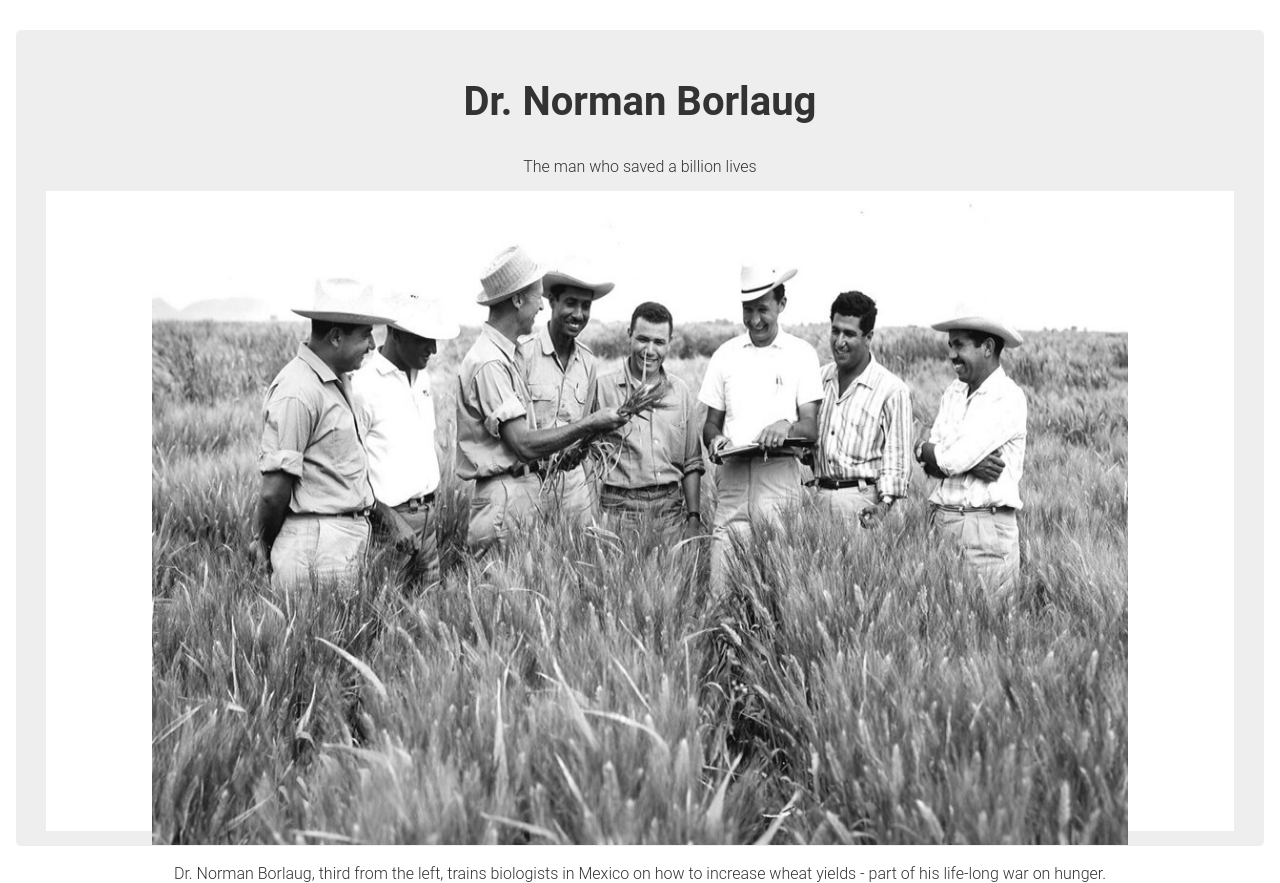
Repository: HTDuy01/github-demo
Page: freecodecamp/index.html
These files come from the project's save history. The page is drawn as it stood at one moment and after the next save; the edit follows.
The browser window is 1280 px wide. The pictures show the whole page.

Above is the page before, as saved 2021-11-17 20:20:36.

After the next save:
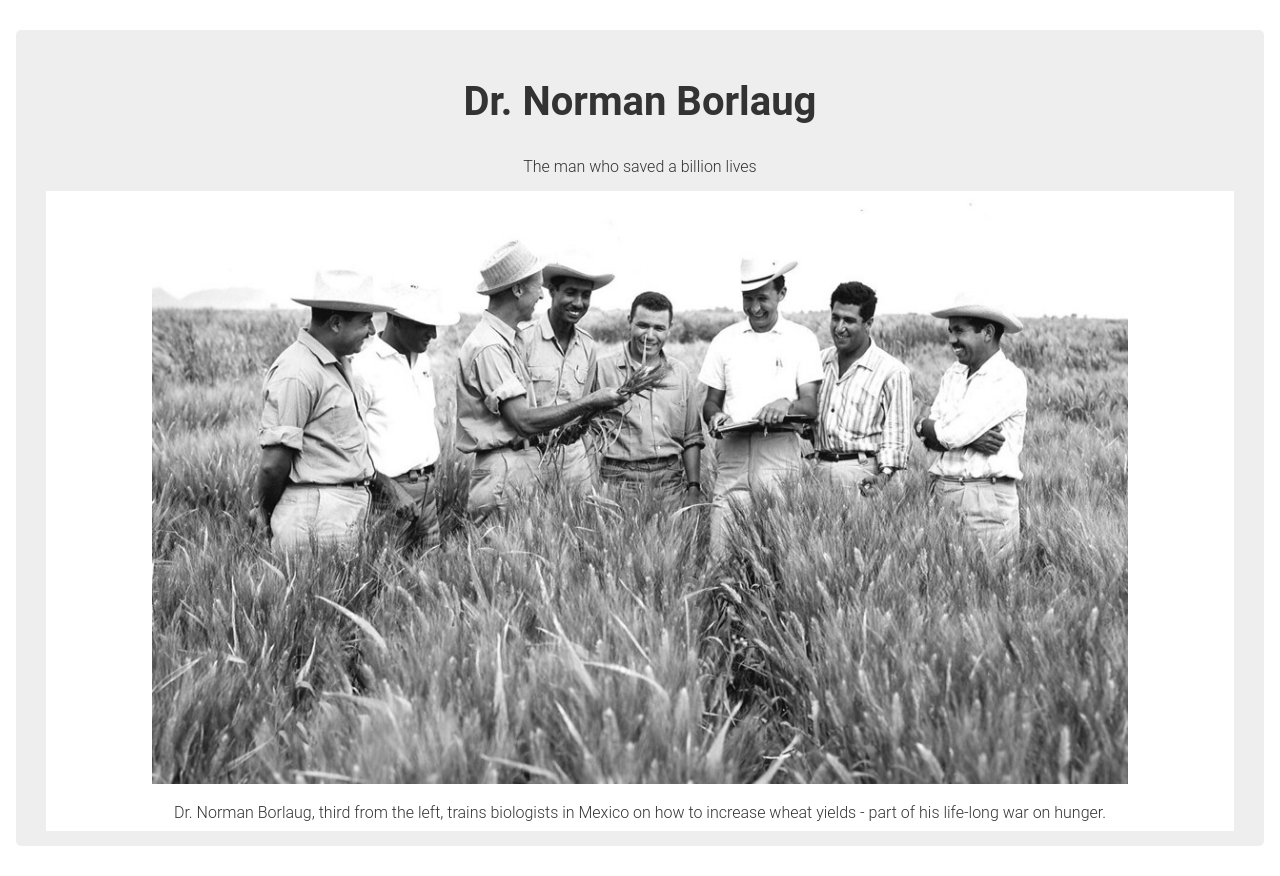
Saved 25 s later.
--- a/freecodecamp/assets/css/style.css
+++ b/freecodecamp/assets/css/style.css
@@ -34,7 +34,7 @@
 
 .img {
     width: 976px;
-    height: 654px;
+    height: 593px;
 }
 
 .content-img {
